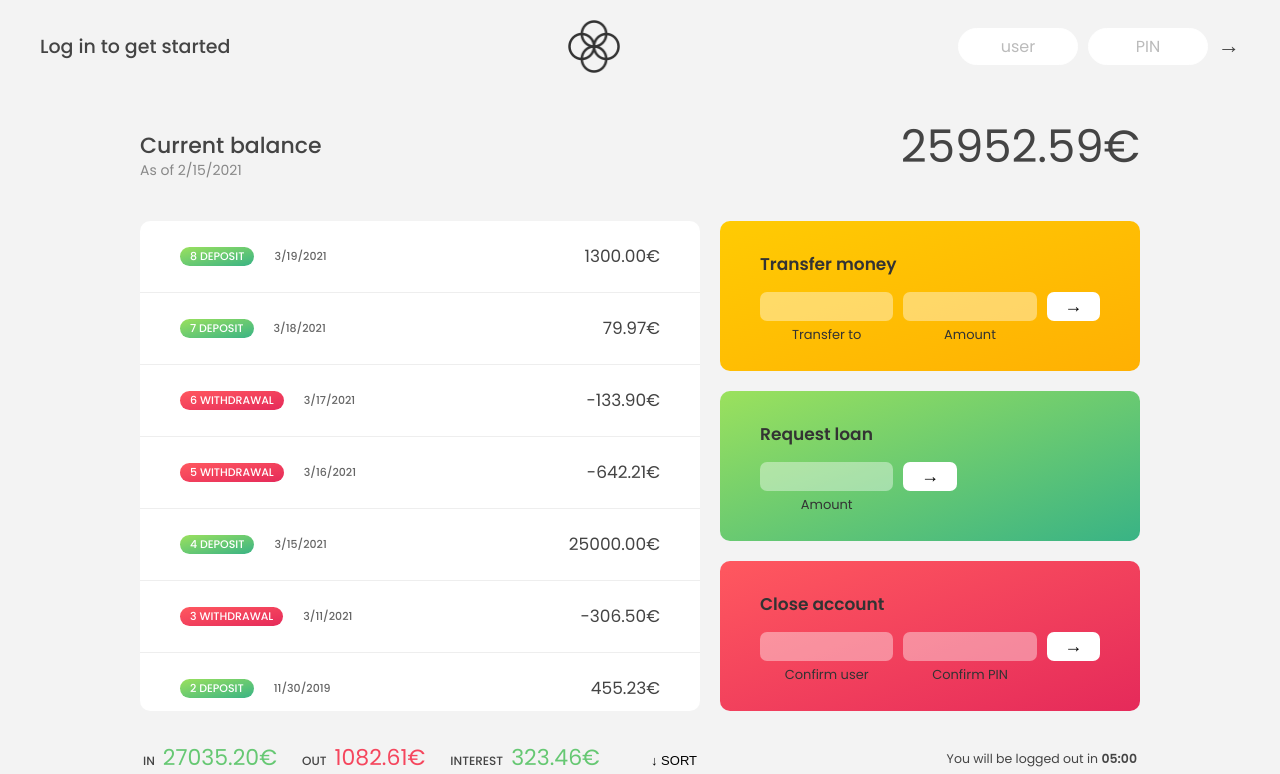
Repository: Samkiroko/Dateas-Number-Timers
Page: starter/index.html
An editor plug-in stored every save of this project. The page is shown before and after the next save, followed by the edit.
The browser window is 1280 px wide. The pictures show the whole page.
An inner scrolling area shows only its first screen.

Above is the page before, as saved 2021-03-20 11:37:32.

After the next save:
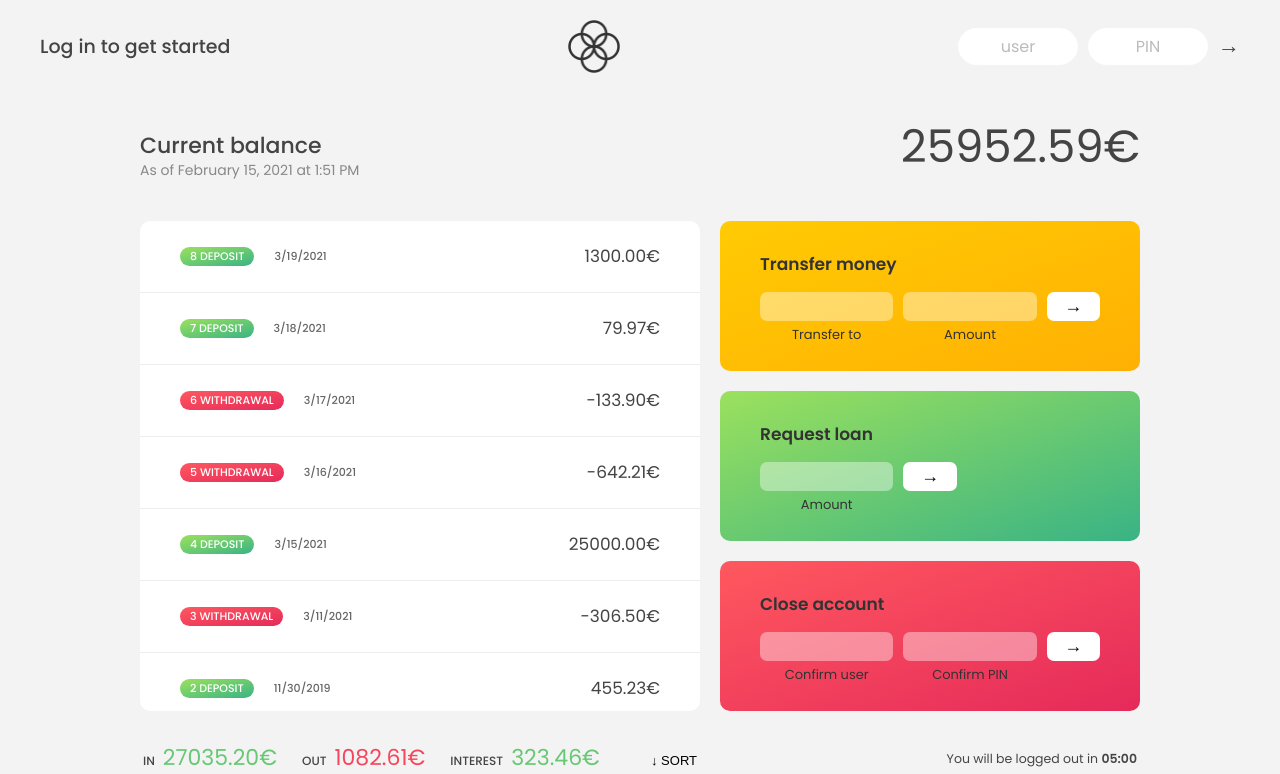
Saved 10 s later.
--- a/starter/script.js
+++ b/starter/script.js
@@ -192,7 +192,7 @@
   month: 'long',
   year: 'numeric',
 };
-labelDate.textContent = new Intl.DateTimeFormat('en-US').format(now);
+labelDate.textContent = new Intl.DateTimeFormat('en-US', options).format(now);
 
 btnLogin.addEventListener('click', function (e) {
   // Prevent form from submitting

After the 3 saves that followed:
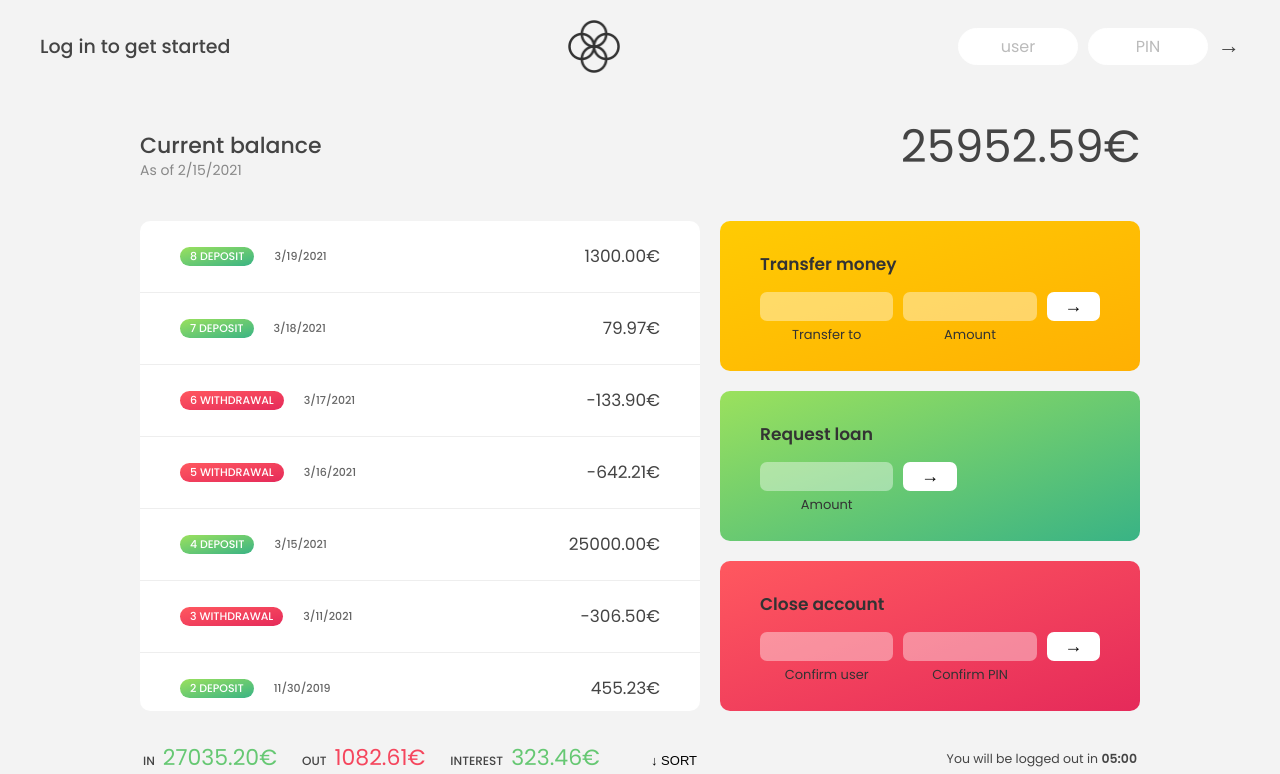
The 3 saves are shown as one change because 2 left the picture as it was.
The last was saved 2 min 30 s later.
--- a/starter/script.js
+++ b/starter/script.js
@@ -192,7 +192,13 @@
   month: 'long',
   year: 'numeric',
 };
-labelDate.textContent = new Intl.DateTimeFormat('en-US', options).format(now);
+const locale = navigator.language;
+
+labelDate.textContent = new Intl.DateTimeFormat(
+  'en-US',
+  locale,
+  options
+).format(now);
 
 btnLogin.addEventListener('click', function (e) {
   // Prevent form from submitting
